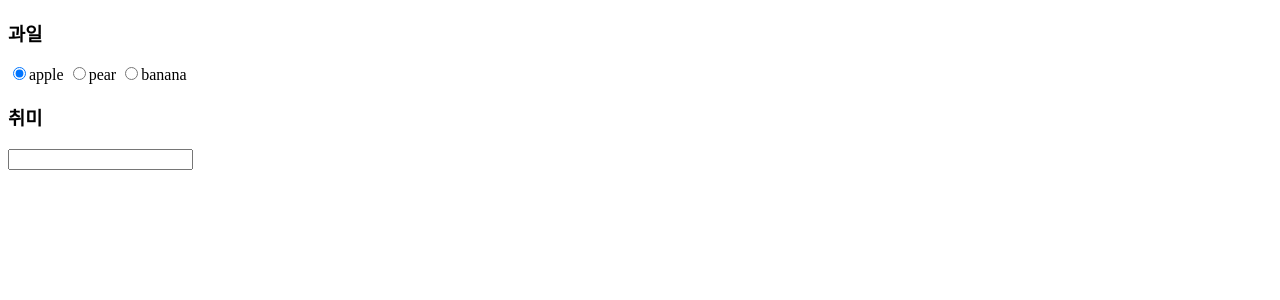
Repository: suhong99/servletLecture
Page: sample04/src/main/webapp/index.html
An editor plug-in stored every save of this project. The page is shown before and after a run of saves, followed by the edit.
The browser window is 1280 px wide. The pictures show the whole page.

Above is the page before, as saved 2023-06-27 04:26:21.

After the next 2 saves:
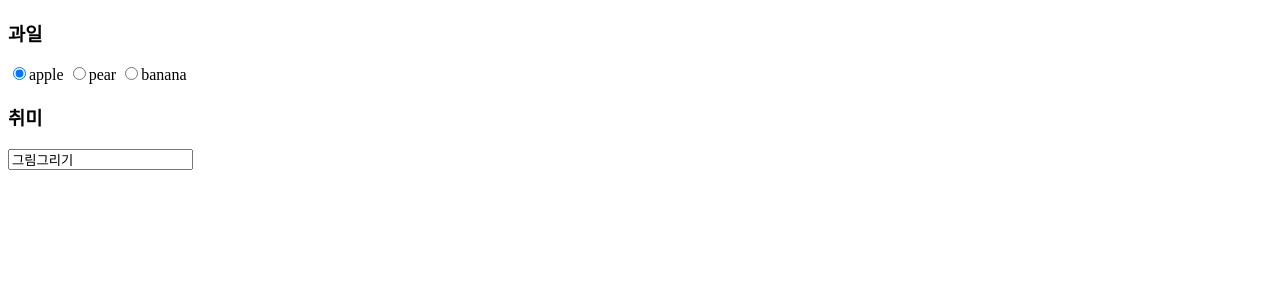
The 2 saves are shown as one change because they came seconds apart.
The last was saved 15 s later.
--- a/sample04/src/main/webapp/index.html
+++ b/sample04/src/main/webapp/index.html
@@ -14,6 +14,6 @@
 
 <h3>취미</h3>
 
-<input type="text">
+<input type="text" name="hobby" value="그림그리기">
 </body>
 </html>
